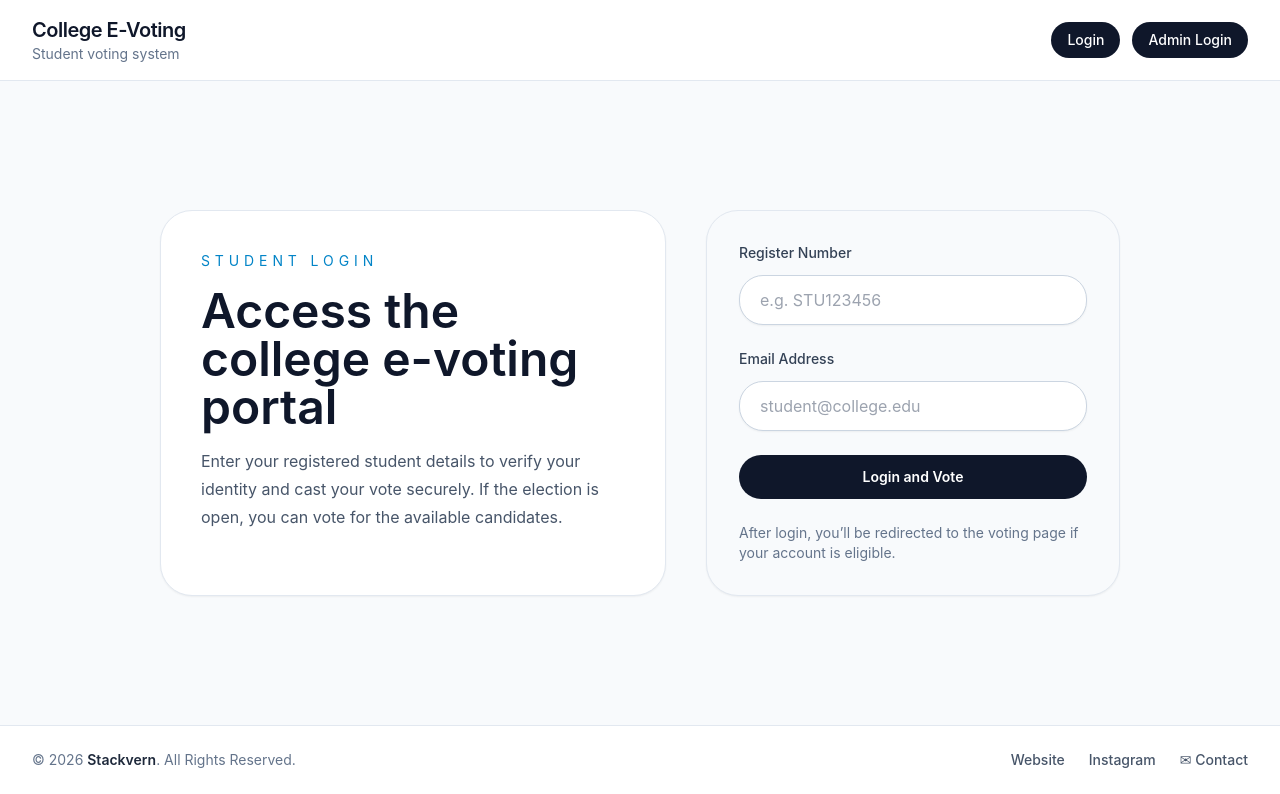
Repository: stackvern/college-evoting
Page: / (app in client/)
These files come from the project's save history. The page is drawn as it stood at one moment and after a run of saves; the edit follows.
The browser window is 1280 px wide. The pictures show the whole page.
The project was rebuilt for these pictures with package versions that can differ from the ones it lists, and the page was loaded fresh each time. Also part of the build but not shown: client/vite.config.js, client/src/components/ProtectedRoute.jsx, client/src/components/AdminProtectedRoute.jsx, client/src/pages/VotePage.jsx, client/src/pages/ResultPage.jsx, client/src/pages/AdminLoginPage.jsx, client/src/pages/AdminDashboard.jsx.

Above is the page before, as saved 2026-07-19 18:41:43.

After the next 2 saves:
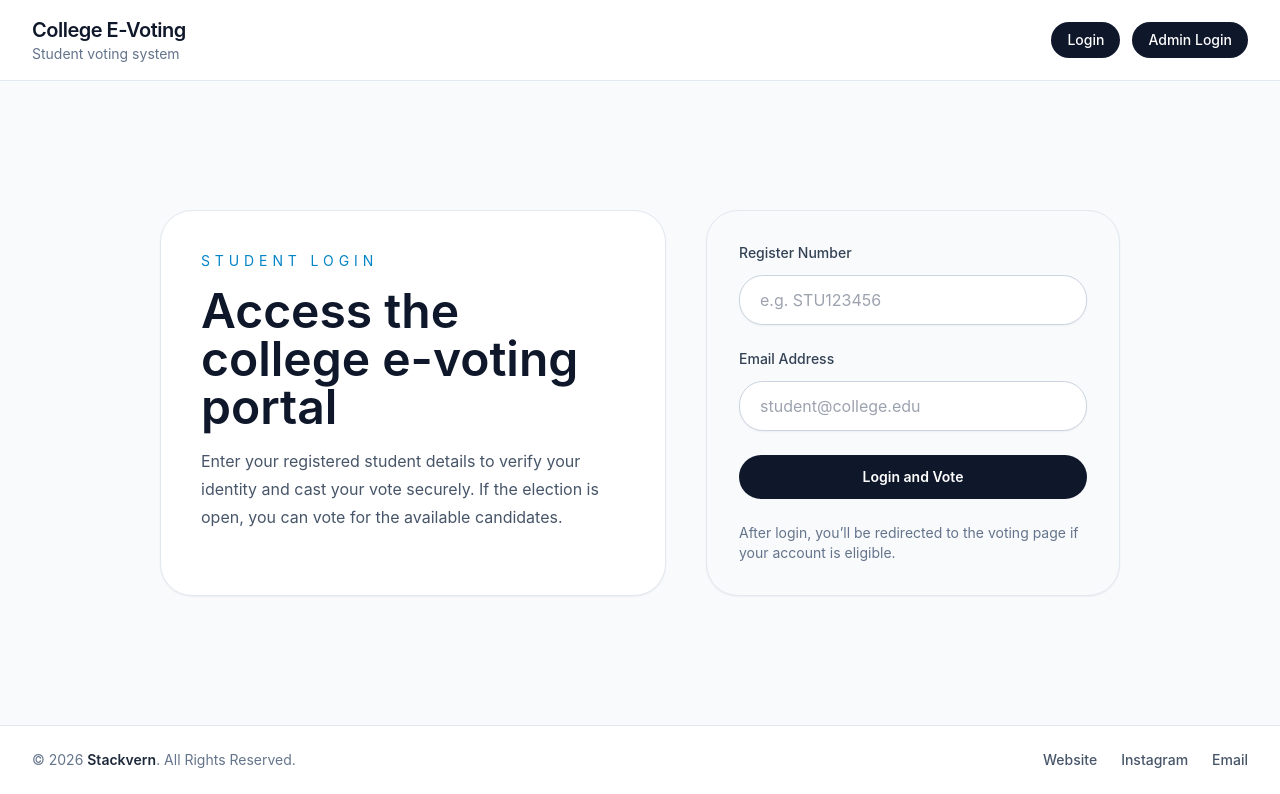
The 2 saves are shown as one change because they came seconds apart.
The last was saved 7 s later.
--- a/client/src/components/Layout.jsx
+++ b/client/src/components/Layout.jsx
@@ -97,7 +97,7 @@ const Layout = () => {
         href="mailto:stackverntech@gmail.com"
         className="font-medium text-slate-600 transition hover:text-emerald-600"
       >
-        ✉ Contact
+        Email
       </a>
 
     </div>
